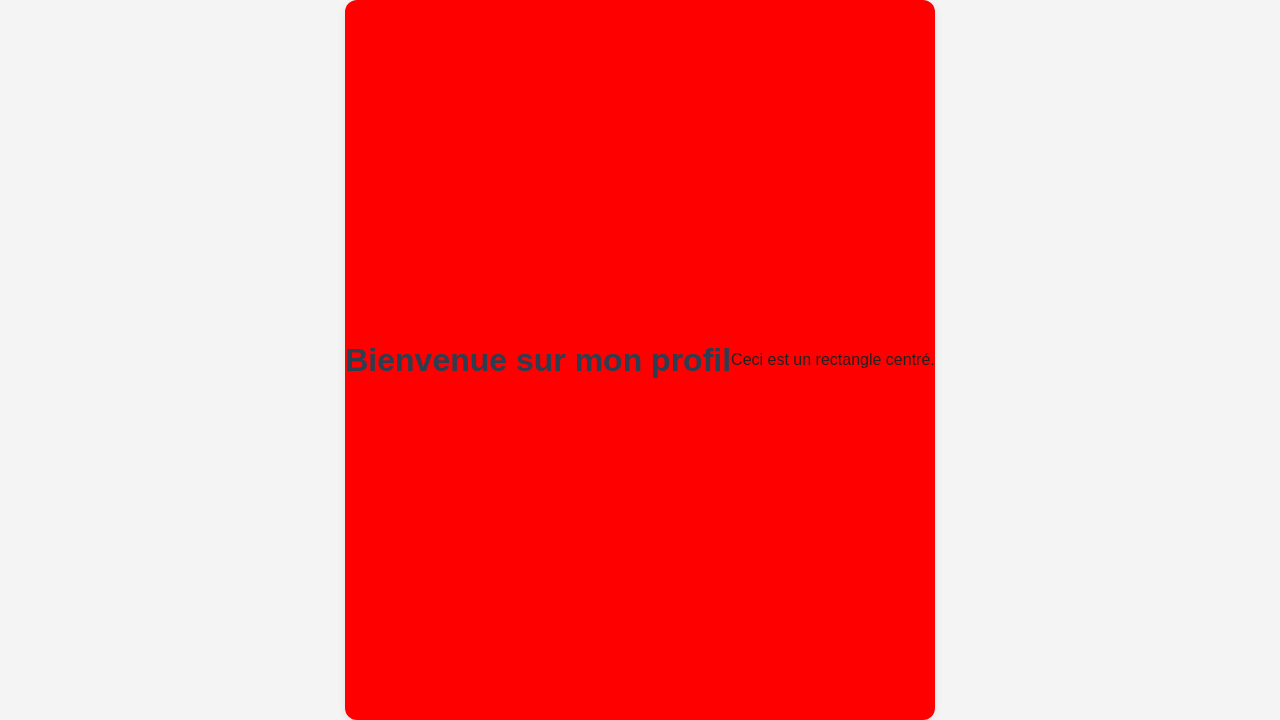
Repository: quadrinex/profile
Page: index.html
The author's editor kept a copy of each file at every save. The page is drawn from the files as they stood at one save, then again after the next save.
The browser window is 1280 px wide. The pictures show the whole page.

Above is the page before, as saved 2025-06-30 16:09:27.

After the next save:
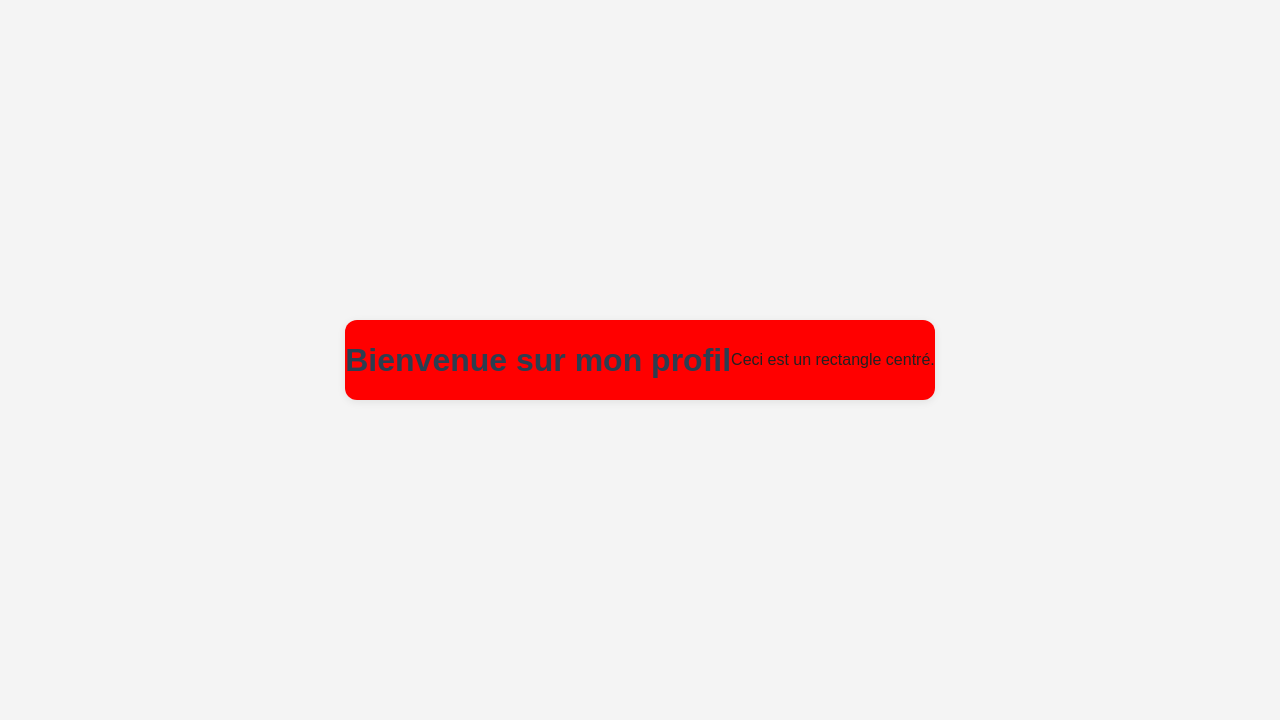
Saved 31 s later.
--- a/main.css
+++ b/main.css
@@ -30,5 +30,6 @@
     align-items: center;
     position: fixed;
     inset: 0px;
+    max-height: fit-content;
     margin: auto;
 }
